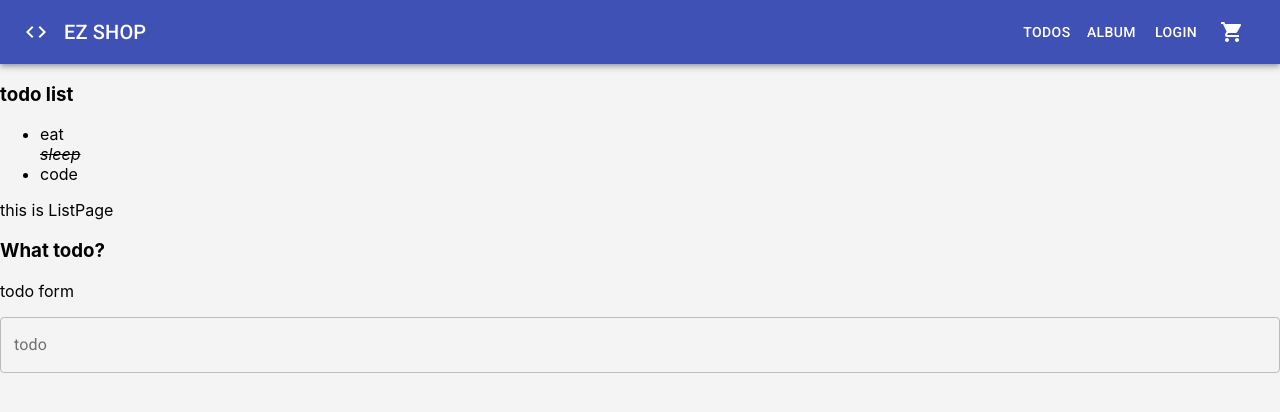
Repository: anhmuoi/learn-reactjs
Page: /todos
An editor plug-in stored every save of this project. The page is shown before and after a run of saves, followed by the edit.
The browser window is 1280 px wide. The pictures show the whole page.
The project was rebuilt for these pictures with package versions that can differ from the ones it lists, and the page was loaded fresh each time. Also part of the build but not shown: src/components/form-controls/PasswordField/index.js, src/features/Auth/components/LoginForm/index.jsx, src/features/Auth/components/Login/index.jsx, src/features/Auth/components/RegisterForm/index.jsx, src/features/Auth/components/Register/index.jsx, src/features/album/components/Album/index.jsx, src/features/album/components/AlbumList/style.scss, src/features/album/components/AlbumList/index.jsx and 28 more. Imported but missing from the stored project, and not drawn on this page: src/features/Product/components/ProductAdditional.jsx, src/features/Product/components/ProductReviews.jsx.

Above is the page before, as saved 2021-09-25 17:30:05.

### src/App.js
import categoryApi from "api/categoryApi.js";
import Header from "components/Header/index.jsx";
import AlbumFeature from "features/album/index.jsx";
import CartFeature from "features/Cart/index.jsx";
import ProductFeature from "features/Product/index.jsx";
import React, { useEffect } from "react";
import { Redirect, Route, Switch } from "react-router";
import "./App.css";
import NoteFound from "./components/NotFound";
import CounterFeature from "./features/Counter/index.jsx";
import TodoFeature from "./features/Todo";

function App() {

  // useEffect(() => {
  //   const fetchCategories = async  () => {
  //     const categories = await categoryApi.get(1);


  //   }

  //   fetchCategories();
  // }, [])


  return (
    <div className="App">
    <Header/>
      <Switch>
        <Redirect from="/home" to="/" exact></Redirect>
        <Redirect
          from="/posts-list/:postId"
          to="/posts/:postId"
          exact
        ></Redirect>

        <Route path="/" component={CounterFeature} exact />
        <Route path="/todos" component={TodoFeature}></Route>
        <Route path="/album" component={AlbumFeature}></Route>
        <Route path='/products' component={ProductFeature} />
        <Route path='/cart' component={CartFeature} />
        <Route component={NoteFound}></Route>
      </Switch>
    </div>
  );
}

export default App;

### src/app/store.js
import counterReducer from "../features/Counter/counterSlice.js";
import userReducer from '../features/Auth/userSlice.js'
import cartReducer from '../features/Cart/cartSlice.js'
const { configureStore } = require("@reduxjs/toolkit");

const rootReducer = {
  counter: counterReducer,
  user: userReducer,
  cart: cartReducer,
};

const store = configureStore({
  reducer: rootReducer,
});
export default store;

### src/api/categoryApi.js
const { default: axiosClient } = require("./axiosClient.js");

const categoryApi = {
    getAll(params){
        const url = '/categories';
        return axiosClient.get(url,{ params });
    },
    get(id) {
        const url = `/categories/${id}`;
        return axiosClient.get(url);
    },
    add(data) {
        const url = '/categories';
        return axiosClient.post(url, data);
    },
    update(data) {
        const url = `/categories/${data.id}`;
        return axiosClient.patch(url, data);
    },
    remove(id) {
        const url = `/categories/${id}`;
        return axiosClient.delete(url);
    }
};

export default categoryApi;

### src/components/Header/index.jsx
import { Badge, Box, IconButton } from "@material-ui/core";
import AppBar from "@material-ui/core/AppBar";
import Button from "@material-ui/core/Button";
import Dialog from "@material-ui/core/Dialog";
import DialogContent from "@material-ui/core/DialogContent";
import Menu from "@material-ui/core/Menu";
import MenuItem from "@material-ui/core/MenuItem";
import { makeStyles } from "@material-ui/core/styles";
import Toolbar from "@material-ui/core/Toolbar";
import Typography from "@material-ui/core/Typography";
import {
  AccountCircle, Close, ShoppingCart
} from "@material-ui/icons";
import CodeIcon from "@material-ui/icons/Code";
import Login from "features/Auth/components/Login/index.jsx";
import Register from "features/Auth/components/Register/index.jsx";
import { logout } from "features/Auth/userSlice.js";
import { cartItemCountSelector } from "features/Cart/selectors.js";
import React, { useState } from "react";
import { useDispatch, useSelector } from "react-redux";
import { Link, NavLink, useHistory } from "react-router-dom";

const useStyles = makeStyles((theme) => ({
  root: {
    flexGrow: 1,
  },
  menuButton: {
    marginRight: theme.spacing(2),
  },
  title: {
    flexGrow: 1,
  },
  link: {
    color: "#fff",
    textDecoration: "none",
  },
  closeButton: {
    position: "absolute",
    top: theme.spacing(1),
    right: theme.spacing(1),
    color: theme.palette.grey[500],
    zIndex: "1",
  },
  menu: {
    top: theme.spacing(5),
    "margin-top": theme.spacing(6),
  },
}));

const MODE = {
  LOGIN: "login",
  REGISTER: "register",
};

export default function Header() {
  const classes = useStyles();

  const LoggedIn = useSelector((state) => state.user);

  const cartItemCount = useSelector(cartItemCountSelector);

  const history = useHistory();

  const isLoggedIn = LoggedIn.current.id;

  const [mode, setMode] = useState(MODE.LOGIN);

  const [open, setOpen] = useState(false);

  const [anchorEl, setAnchorEl] = useState(null);

  const dispatch = useDispatch();

  const handleClickOpen = () => {
    setOpen(true);
  };

  const handleClose = () => {
    setOpen(false);
  };

  const handleClickMenu = (event) => {
    setAnchorEl(event.currentTarget);
  };

  const handleCloseMenu = () => {
    setAnchorEl(null);
  };

  const handleLogOut  = () => {
    handleCloseMenu();
    const action = logout();
    dispatch(action);
  }

  const handleCartClick  = () => {
    history.push('/cart')
  }



  return (
    <div className={classes.root}>
      <AppBar position="static">
        <Toolbar>
          <CodeIcon className={classes.menuButton} />

          <Typography variant="h6" className={classes.title}>
            <Link className={classes.link} to="/">
              EZ SHOP
            </Link>
          </Typography>
          <NavLink
            className={classes.link}
            to="/todos"
            activeClassName="active-menu"
          >
            <Button color="inherit">Todos</Button>
          </NavLink>
          <NavLink
            className={classes.link}
            to="/album"
            activeClassName="active-menu"
          >
            <Button color="inherit">Album</Button>
          </NavLink>
          {!!isLoggedIn && (
            <IconButton aria-haspopup="true" onClick={handleClickMenu}>
              <AccountCircle
                className={classes.link}
                color="inherit"
              ></AccountCircle>
            </IconButton>
          )}
          {!!!isLoggedIn && (
            <Button onClick={handleClickOpen} color="inherit">
              Login
            </Button>
          )}
          <IconButton onClick={handleCartClick} aria-label="show 4 new mails" color="inherit">
          <Badge badgeContent={cartItemCount} color="secondary">
            <ShoppingCart></ShoppingCart>
          </Badge>
        </IconButton>
        </Toolbar>
      </AppBar>

      <Menu
        className={classes.menu}
        id="simple-menu"
        anchorEl={anchorEl}
        keepMounted
        open={Boolean(anchorEl)}
        onClose={handleCloseMenu}
      >
        <MenuItem onClick={handleCloseMenu}>Profile</MenuItem>
        <MenuItem onClick={handleCloseMenu}>My account</MenuItem>
        <MenuItem onClick={handleLogOut}>Logout</MenuItem>
      </Menu>

      <Dialog
        disableEscapeKeyDown
        open={open}
        aria-labelledby="alert-dialog-title"
        aria-describedby="alert-dialog-description"
      >
        <IconButton className={classes.closeButton} onClick={handleClose}>
          <Close></Close>
        </IconButton>
        <DialogContent>
          {mode === MODE.REGISTER && (
            <>
              <Register closeDialog={handleClose} />
              <Box textAlign="center">
                <Button color="primary" onClick={() => setMode(MODE.LOGIN)}>
                  Already have an account. Login here
                </Button>
              </Box>
            </>
          )}
          {mode === MODE.LOGIN && (
            <>
              <Login closeDialog={handleClose} />
              <Box textAlign="center">
                <Button color="primary" onClick={() => setMode(MODE.REGISTER)}>
                  Dont have an account. Register here
                </Button>
              </Box>
            </>
          )}
        </DialogContent>
      </Dialog>
    </div>
  );
}

### src/features/Todo/index.jsx
import React, { useState } from 'react';
import { Route, Switch, useRouteMatch } from 'react-router-dom';
import NoteFound from '../../components/NotFound';
import TodoList from './components/TodoList/index.jsx';
import DetailPage from './pages/DetailPage';
import ListPage from './pages/ListPage';

TodoFeature.propTypes = {

};

function TodoFeature(props) {

    const initTodoList = [
        {
            id: 1,
            title: 'eat',
            status: 'new',
        },
        {
            id: 2,
            title: 'sleep',
            status: 'completed',
        },
        {
            id: 3,
            title: 'code',
            status: 'new',
        },
    ]



    const match = useRouteMatch();

    const [todoList, setTodoList] = useState(initTodoList)

    const handleOnclickTodo = (todo) => {
        console.log(todo);
    }

    return (
        <div>
        <h3>todo list</h3>
        <TodoList todoList={todoList} onclickTodo={handleOnclickTodo}/>

        <Switch>
            <Route path={match.path} component={ListPage} exact></Route>
            <Route path={`${match.path}/:todoId`} component={DetailPage} exact></Route>
            <Route component={NoteFound}></Route>
        </Switch>

        </div>
    );
}

export default TodoFeature;

### src/features/Counter/counterSlice.js
const { createSlice } = require("@reduxjs/toolkit");

const counterSlice = createSlice({
  name: "counter",
  initialState: 0,
  reducers: {
    increase(state, action) {
      return state + 1;
    },
    decrease(state, action) {
      return state - 1;
    },
  },
});

const { actions, reducer } = counterSlice;
export const { increase, decrease } = actions;
export default reducer;

### src/features/Auth/userSlice.js
import { createSlice, createAsyncThunk} from "@reduxjs/toolkit";

import userApi from "api/userApi.js";
import storageKeys from "constants/storage-key.js";

export const register = createAsyncThunk(
    'user/register',
    async (payload) => {
      //call api
      const data = await userApi.register(payload);
      // save data to localStorage
      localStorage.setItem(storageKeys.TOKEN,data.jwt);
      localStorage.setItem(storageKeys.USER, JSON.stringify(data.user));

      return data.user;
    }
  )
  export const login = createAsyncThunk(
    'user/login',
    async (payload) => {
      //call api
      const data = await userApi.login(payload);
      // save data to localStorage
      localStorage.setItem(storageKeys.TOKEN,data.jwt);
      localStorage.setItem(storageKeys.USER, JSON.stringify(data.user));

      return data.user;
    }
  )

const userSlice = createSlice({
  name: "user",
  initialState: {
      current: JSON.parse(localStorage.getItem(storageKeys.USER) ) ||{},
      setting: {}
  },
  reducers: {
    logout(state) {

      localStorage.removeItem(storageKeys.TOKEN);
      localStorage.removeItem(storageKeys.USER);

      state.current = {}
    }

  },
  extraReducers: {
    [register.fulfilled]: (state, action) => {
      state.current = action.payload;
    },
    [login.fulfilled]: (state, action) => {
      state.current = action.payload;
    }
  }
});

const { actions, reducer } = userSlice;
export const {  logout} = actions;
export default reducer;

### src/features/Cart/cartSlice.js
import { createSlice } from "@reduxjs/toolkit";

const initialState = {
  showMiniCart: false,
  cartItems: [],
};

const cartSlice = createSlice({
  name: "cart",
  initialState,
  reducers: {
    showMiniCart(state) {
      state.showMiniCart = true;
    },
    hideMiniCart(state) {
      state.showMiniCart = false;
    },
    addFromCart(state, action) {
      const newItem = action.payload;
      const index = state.cartItems.findIndex((x) => x.id === newItem.id);
      if (index >= 0) {
        state.cartItems[index].quantity += newItem.quantity;
      } else {
        state.cartItems.push(newItem);
      }
    },
    setQuantity(state, action) {
      const { id, quantity } = action.payload;
      const index = state.cartItems.findIndex((x) => x.id === id);
      if (index >= 0) {
        state.cartItems[index].quantity = quantity;
      }
    },
    removeFromCart(state, action) {
      const idNeedRemove = action.payload;
      state.cartItems = state.cartItems.filter((x) => x.id !== idNeedRemove);
    },
  },
});

export const {
  showMiniCart,
  hideMiniCart,
  addFromCart,
  removeFromCart,
  setQuantity,
} = cartSlice.actions;
export default cartSlice.reducer;

### src/api/axiosClient.js
const { default: axios } = require("axios");

const axiosClient = axios.create({
  baseURL: "https://api.ezfrontend.com/",
  headers: {
    "Content-Type": "application/json",
  },
});

// Add a request interceptor
axiosClient.interceptors.request.use(
  function (config) {
    // Do something before request is sent
    return config;
  },
  function (error) {
    // Do something with request error
    return Promise.reject(error);
  }
);

// Add a response interceptor
axiosClient.interceptors.response.use(
  function (response) {
    // Any status code that lie within the range of 2xx cause this function to trigger
    // Do something with response data
    return response.data;
  },
  function (error) {
    // Any status codes that falls outside the range of 2xx cause this function to trigger
    // Do something with response error


    const { config, status, data } = error.response;
    const URLS = ['/auth/local/register', '/auth/local'];
    if (URLS.includes(config.url) && status === 400) {
      const errorList = data.data || [];
      const firstError = errorList.length > 0 ? errorList[0] : {};
      const messageList = firstError.messages || [];
      const firstMessage = messageList.length > 0 ? messageList[0] : {};
      throw new Error(firstMessage.message);

    }

    return Promise.reject(error);
  }
);

export default axiosClient;

### src/features/Cart/selectors.js
import { createSelector } from "@reduxjs/toolkit";

const cartItemSelector = (state) => state.cart.cartItems;

export const cartItemCountSelector = createSelector(cartItemSelector, (cartItems) =>
  cartItems.reduce((count, item) => count + item.quantity, 0)
);

export const cartItemTotalSelector = createSelector(cartItemSelector, (cartItems) =>
  cartItems.reduce((total, item) => total + item.product.salePrice * item.quantity, 0)
);

### src/features/Todo/components/TodoList/index.jsx
import React from 'react';
import PropTypes from 'prop-types';
import classnames from 'classnames'
import './style.scss'

TodoList.propTypes = {
    todoList: PropTypes.array,
    onclickTodo: PropTypes.func,
};

TodoList.defaultProps = {
    todoList: [],
}

function TodoList(props) {
    const {todoList, onclickTodo} = props;

    const handleClick = (todo) => {
        onclickTodo(todo)
    }

    return (

        <ul className='todoList'>
            {todoList.map(todo => (
                <li
                onClick={()=>handleClick(todo)}
                className={classnames({
                    completed: todo.status === 'completed'
                })}
                key={todo.id}>{todo.title}


                </li>
            ))}
        </ul>
    );
}

export default TodoList;

### src/features/Todo/pages/ListPage/index.jsx
import React from "react";
import TodoForm from "../../components/TodoForm";

ListPage.propTypes = {};

function ListPage(props) {
  const handleTodoFormSubmit = (values) => {
    console.log("form submit", values);
  };
  return (
    <div>
      this is ListPage
      <h3>What todo?</h3>
      <TodoForm onSubmit={handleTodoFormSubmit} />
    </div>
  );
}

export default ListPage;

### src/api/userApi.js
import axiosClient from "./axiosClient.js";


const userApi = {

    register(data) {
        const url = '/auth/local/register';
        return axiosClient.post(url, data);
    },
    login(data) {
        const url = '/auth/local';
        return axiosClient.post(url, data);
    },
};

export default userApi;

### src/constants/storage-key.js
const storageKeys = {
    USER: 'user',
    TOKEN: 'access_token',
};

export default storageKeys;

### src/features/Todo/components/TodoList/style.scss
.todoList {
    & > li {
        cursor: pointer;
    }
    & > li.completed {
        font-style: italic;
        text-decoration: line-through;
        display: inline-block;
    }
}

### src/features/Todo/components/TodoForm/index.jsx
import { yupResolver } from '@hookform/resolvers/yup';
import InputField from "components/form-controls/InputField/index.jsx";
import PropTypes from "prop-types";
import React from "react";
import { useForm } from "react-hook-form";
import * as yup from "yup";




TodoForm.propTypes = {
  onSubmit: PropTypes.func,
};

function TodoForm(props) {
  const {onSubmit} = props;

  const schema = yup.object().shape({
      title: yup.string().required("Please enter title"),
  });
  const form = useForm({
    defaultValues: {
      title: "",
    },
    resolver: yupResolver(schema)
  });

  const handleSubmit = (values) => {
    onSubmit(values);
  };

  return (
    <form onSubmit={form.handleSubmit(handleSubmit)}>
      todo form
      <InputField form={form} name="title" label="todo" />
    </form>
  );
}

export default TodoForm;

### src/components/form-controls/InputField/index.jsx
import { TextField } from "@material-ui/core";
import PropTypes from "prop-types";
import React from "react";
import { Controller } from "react-hook-form";

InputField.propTypes = {
  form: PropTypes.object.isRequired,
  name: PropTypes.string.isRequired,

  label: PropTypes.string,
  disabled: PropTypes.bool,
};

function InputField(props) {
  const { form, name, label, disabled} = props;
  const { formState } = form;

  const hasError = !!(formState.errors[name]);


  return (
    <Controller
      name={name}
      control={form.control}
      disabled={disabled}
      render={({ field }) => (

        <TextField
          {...field}


          fullWidth

          label={label}
          margin='normal'
          variant="outlined"
          error={hasError}
          helperText={formState.errors[name]?.message}

        />

      )}
    />
  );
}

export default InputField;

Loaded but not shown: public/index.html (common file); src/index.js (common file); src/index.css (common file); src/reportWebVitals.js (common file); src/App.css (common file)

After the next 2 saves:
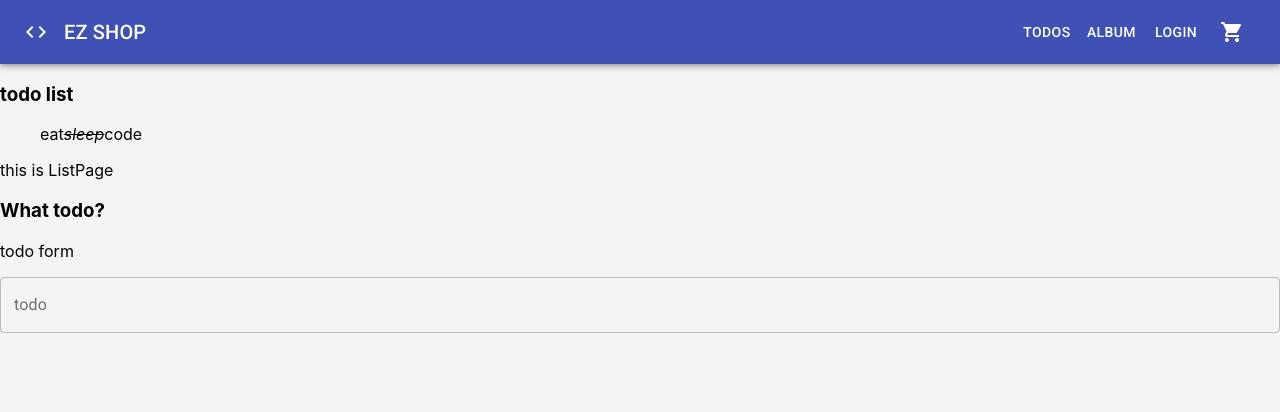
The 2 saves are shown as one change because they came seconds apart.
The last was saved 55 s later.
--- a/src/features/Todo/components/TodoList/style.scss
+++ b/src/features/Todo/components/TodoList/style.scss
@@ -1,10 +1,11 @@
 .todoList {
     & > li {
         cursor: pointer;
+        display: inline-block;
     }
     & > li.completed {
         font-style: italic;
         text-decoration: line-through;
-        display: inline-block;
+
     }
 }
